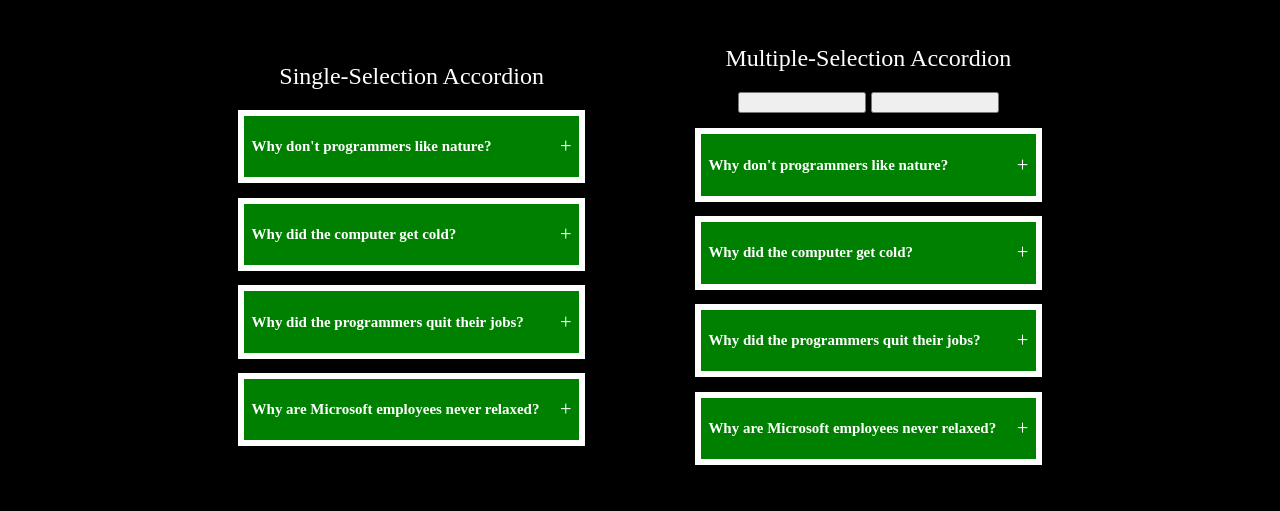
Repository: kosenijr/react-projects
Page: / (app in accordion/)
The author's editor kept a copy of each file at every save. The page is drawn from the files as they stood at one save, then again after the next save.
The browser window is 1280 px wide. The pictures show the whole page.
The project was rebuilt for these pictures with package versions that can differ from the ones it lists, and the page was loaded fresh each time.

Above is the page before, as saved 2024-03-03 13:05:44.

After the next save:
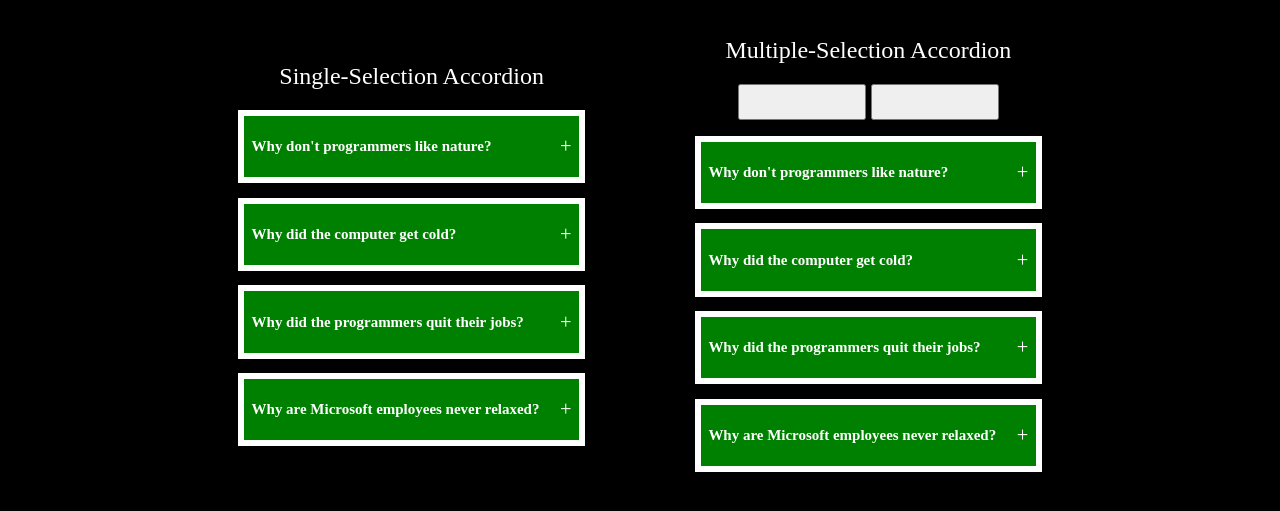
Saved 11 s later.
--- a/accordion/src/styles/MultiSelection.css
+++ b/accordion/src/styles/MultiSelection.css
@@ -11,7 +11,7 @@
 }
 
 .open-all, .close-all {
-    height:3vh;
+    height:5vh;
     width: 10vw;
 }
 
